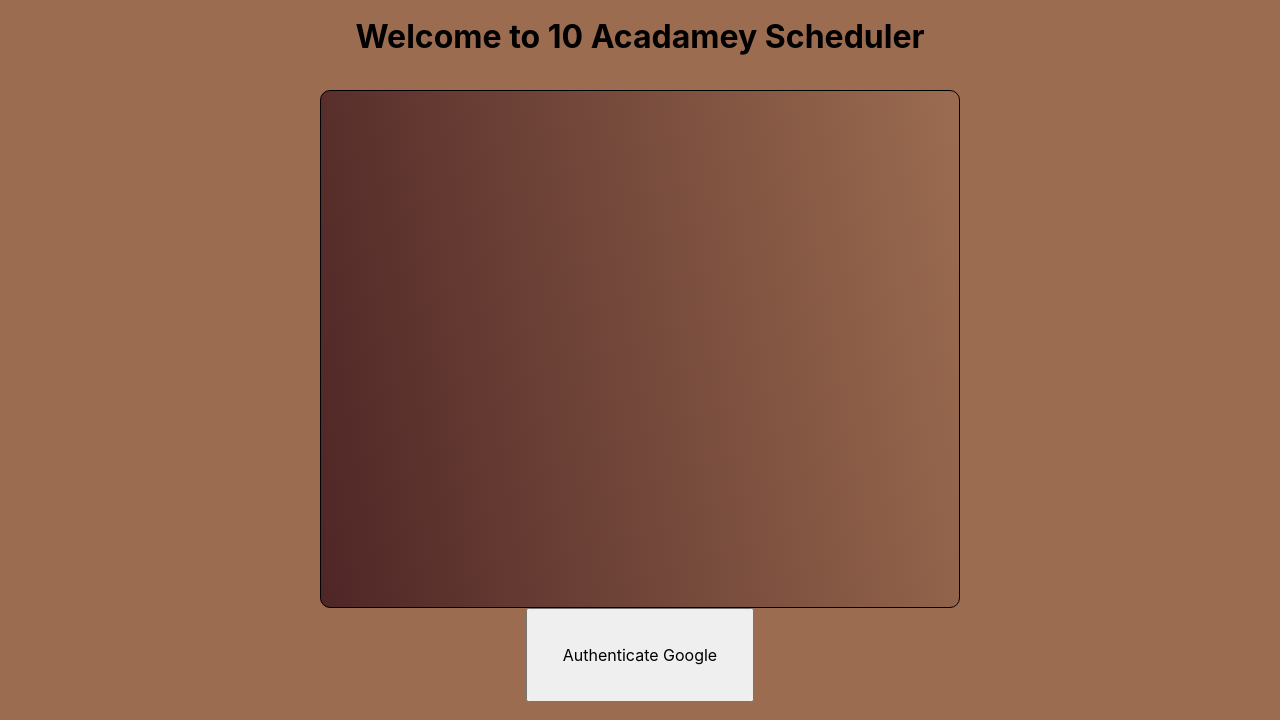
Repository: nebilarega/calendar-extractor
Page: / (app in frontend/)
These files come from the project's save history. The page is drawn as it stood at one moment and after the next save; the edit follows.
The browser window is 1280 px wide. The pictures show the whole page.
The project was rebuilt for these pictures with package versions that can differ from the ones it lists, and the page was loaded fresh each time.

Above is the page before, as saved 2022-08-24 23:32:57.

After the next save:
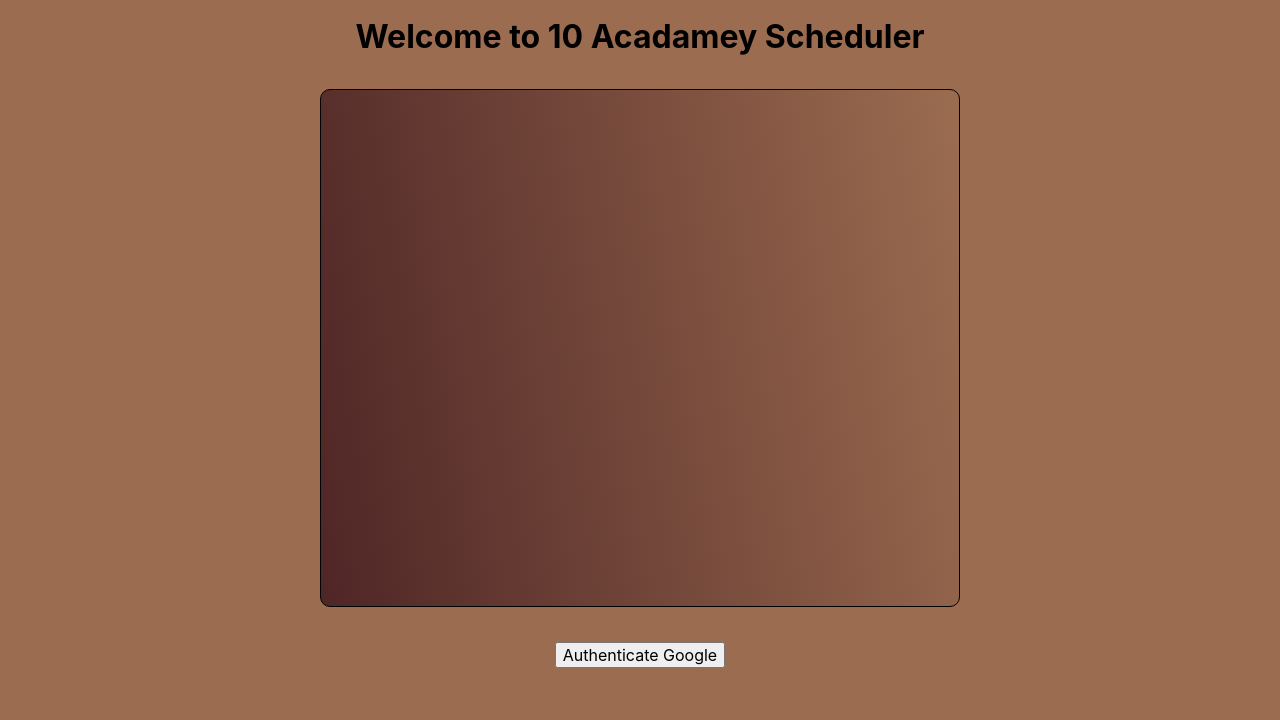
Saved 9 s later.
--- a/frontend/src/css/landing.css
+++ b/frontend/src/css/landing.css
@@ -91,5 +91,5 @@
   background-image: linear-gradient(260deg, #9b6c50 0%, #4f2626 100%);
 }
 button {
-  padding: 2.2rem;
+  margin: 2.2rem;
 }
